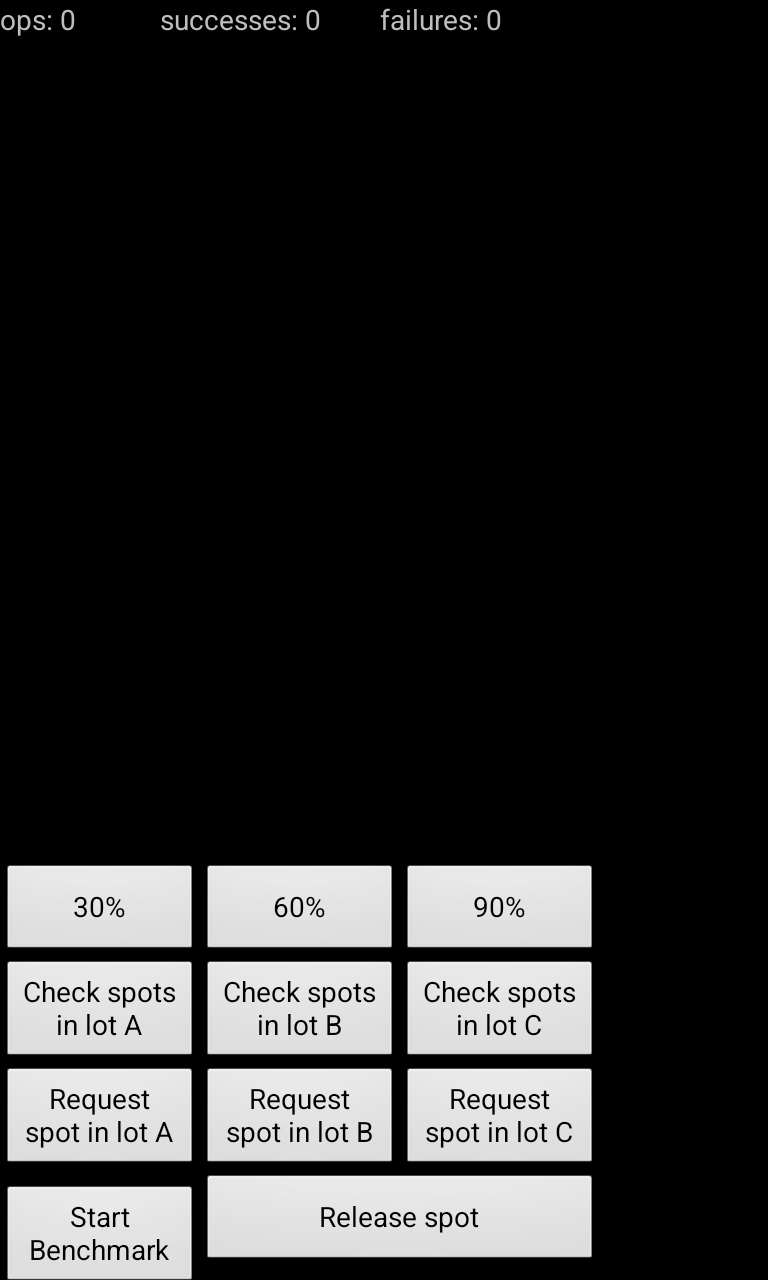
Repository: jasongao/csmcode
Layout: current/workspace/SMCloud/res/layout/main.xml
These files come from the project's save history. The layout is drawn as it stood at one moment and after the next save; the edit follows.
It is drawn on a 768 x 1280 px phone screen (xhdpi) without system bars, with theme android:Theme; the app's code is not run. Lists and similar views that code fills are empty.

Above is the layout before, as saved 2011-07-14 19:06:12.

### current/workspace/SMCloud/res/layout/main.xml
<?xml version="1.0" encoding="utf-8"?>
<LinearLayout xmlns:android="http://schemas.android.com/apk/res/android"
	android:orientation="vertical" android:layout_width="fill_parent"
	android:layout_height="fill_parent">

	<LinearLayout android:layout_width="match_parent"
		android:layout_height="wrap_content" android:id="@+id/CountInfoLayout">
		<TextView android:text="ops: 0" android:layout_height="wrap_content"
			android:id="@+id/opcount_tv" android:layout_width="80dip"></TextView>
		<TextView android:text="successes: 0" android:layout_height="wrap_content"
			android:id="@+id/successcount_tv" android:layout_width="110dip"></TextView>
		<TextView android:text="failures: 0" android:layout_height="wrap_content"
			android:id="@+id/failurecount_tv" android:layout_width="90dip"></TextView>
	</LinearLayout>

	<ListView android:id="@+id/msgList" android:layout_width="fill_parent"
		android:layout_height="fill_parent" android:stackFromBottom="true"
		android:transcriptMode="alwaysScroll" android:layout_weight="1">
	</ListView>

	<LinearLayout android:layout_width="fill_parent"
		android:orientation="horizontal" android:layout_height="wrap_content"
		android:id="@+id/SetDistributionLayout">
		<Button android:layout_height="wrap_content"
			android:layout_width="100dip" android:text="30%"
			android:id="@+id/setdistribution30_button"></Button>
		<Button android:layout_height="wrap_content"
			android:layout_width="100dip" android:text="60%"
			android:id="@+id/setdistribution60_button"></Button>
		<Button android:layout_height="wrap_content"
			android:layout_width="100dip" android:text="90%"
			android:id="@+id/setdistribution90_button"></Button>
	</LinearLayout>

	<LinearLayout android:layout_width="fill_parent"
		android:orientation="horizontal" android:layout_height="wrap_content"
		android:id="@+id/CheckSpotLayout">
		<Button android:layout_height="wrap_content"
			android:layout_width="100dip" android:text="Check spots in lot A"
			android:id="@+id/readparkingA_button"></Button>
		<Button android:layout_height="wrap_content"
			android:layout_width="100dip" android:text="Check spots in lot B"
			android:id="@+id/readparkingB_button"></Button>
		<Button android:layout_height="wrap_content"
			android:layout_width="100dip" android:text="Check spots in lot C"
			android:id="@+id/readparkingC_button"></Button>
	</LinearLayout>

	<LinearLayout android:layout_width="fill_parent"
		android:orientation="horizontal" android:layout_height="wrap_content"
		android:id="@+id/RequestSpotLayout">
		<Button android:layout_height="wrap_content"
			android:layout_width="100dip" android:text="Request spot in lot A"
			android:id="@+id/requestparkingA_button"></Button>
		<Button android:layout_height="wrap_content"
			android:layout_width="100dip" android:text="Request spot in lot B"
			android:id="@+id/requestparkingB_button"></Button>
		<Button android:layout_height="wrap_content"
			android:layout_width="100dip" android:text="Request spot in lot C"
			android:id="@+id/requestparkingC_button"></Button>
	</LinearLayout>

	<LinearLayout android:layout_width="fill_parent"
		android:orientation="horizontal" android:layout_height="wrap_content"
		android:id="@+id/RequestLayout">
		<Button android:layout_height="wrap_content"
			android:layout_width="100dip" android:text="Start Benchmark"
			android:id="@+id/testcsm_button"></Button>
		<Button android:layout_height="wrap_content"
			android:layout_width="200dip" android:text="Release spot"
			android:id="@+id/releaseparking_button"></Button>
	</LinearLayout>

</LinearLayout>

After the next save:
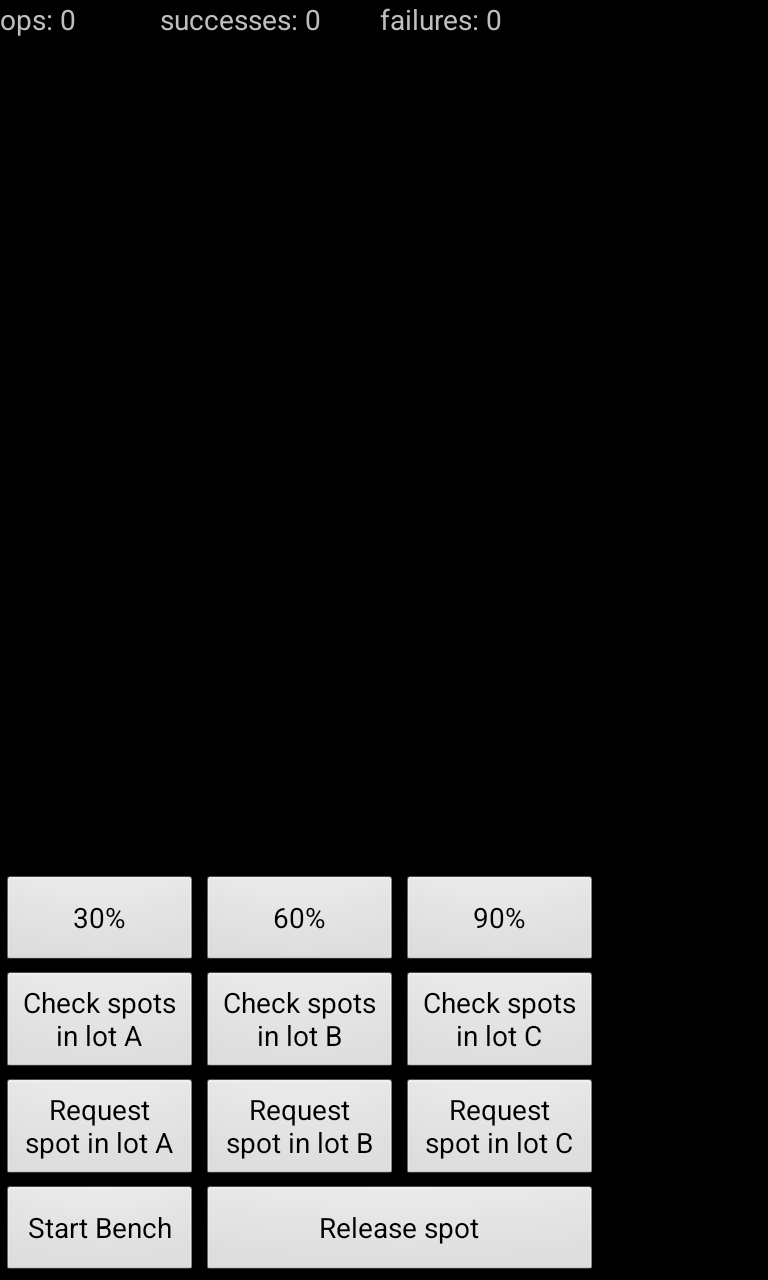
Saved 23 s later.
--- a/current/workspace/SMCloud/res/layout/main.xml
+++ b/current/workspace/SMCloud/res/layout/main.xml
@@ -64,7 +64,7 @@
 		android:orientation="horizontal" android:layout_height="wrap_content"
 		android:id="@+id/RequestLayout">
 		<Button android:layout_height="wrap_content"
-			android:layout_width="100dip" android:text="Start Benchmark"
+			android:layout_width="100dip" android:text="Start Bench"
 			android:id="@+id/testcsm_button"></Button>
 		<Button android:layout_height="wrap_content"
 			android:layout_width="200dip" android:text="Release spot"
